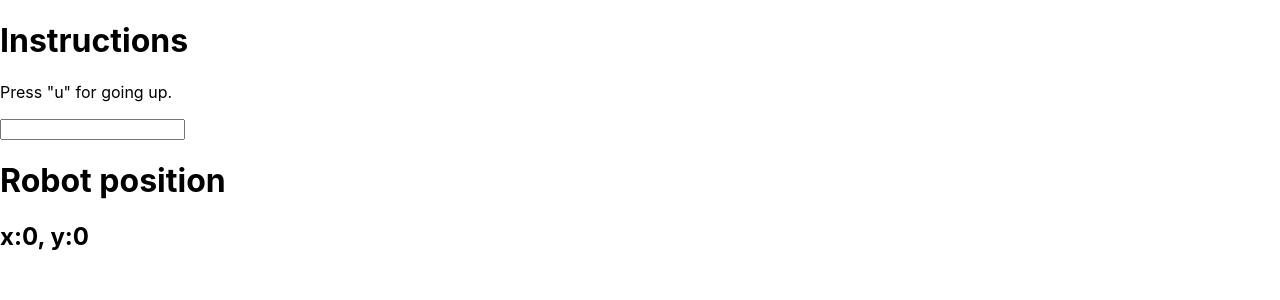
Repository: mariocapitbrok/robot-position
Page: /
An editor plug-in stored every save of this project. The page is shown before and after the next save, followed by the edit.
The browser window is 1280 px wide. The pictures show the whole page.
The project was rebuilt for these pictures with package versions that can differ from the ones it lists, and the page was loaded fresh each time. Also part of the build but not shown: src/App.css.

Above is the page before, as saved 2021-12-01 18:25:11.

### src/App.js
import Robot from './components/robot';
import './App.css';

function App() {
  return <Robot />;
}

export default App;

### src/components/robot.jsx
import React from 'react';
import { useState, useEffect } from 'react';

const Robot = () => {
  const [value, setValue] = useState('');
  const [movements, setMovements] = useState('');
  const [x, setX] = useState(0);
  const [y, setY] = useState(0);

  useEffect(() => {
    console.log(movements);
  });

  const createMovements = (value) => {
    const valueArr = [...value];
    if (valueArr.length === 0) {
      setValue('');
      return;
    }
    let move = valueArr.pop();
    //console.log(move);
    switch (move) {
      case 'u':
        setMovements(movements + 'U');
        setY(y + 1);
        break;
      case 'd':
        setMovements(movements + 'D');
        setY(y - 1);
        break;
      case 'l':
        setMovements(movements + 'L');
        setX(x - 1);
        break;
      case 'r':
        setMovements(movements + 'R');
        setX(x + 1);
        break;
      default:
        break;
    }
    setValue(move);
  };

  const handleChange = (e) => {
    const value = e.target.value;
    createMovements(value);
  };

  const handleSubmit = (e) => {
    e.preventDefault();
  };
  return (
    <React.Fragment>
      <form onSubmit={handleSubmit}>
        <h1>Instructions</h1>
        <p>Press "u" for going up.</p>
        <input onChange={handleChange} name="value" type="text" value={value} />
      </form>
      <h1>Robot position</h1>
      <h2>
        x:{x}, y:{y}
      </h2>
    </React.Fragment>
  );
};

export default Robot;

Loaded but not shown: public/index.html (common file); src/index.js (common file); src/index.css (common file); src/reportWebVitals.js (common file)

After the next save:
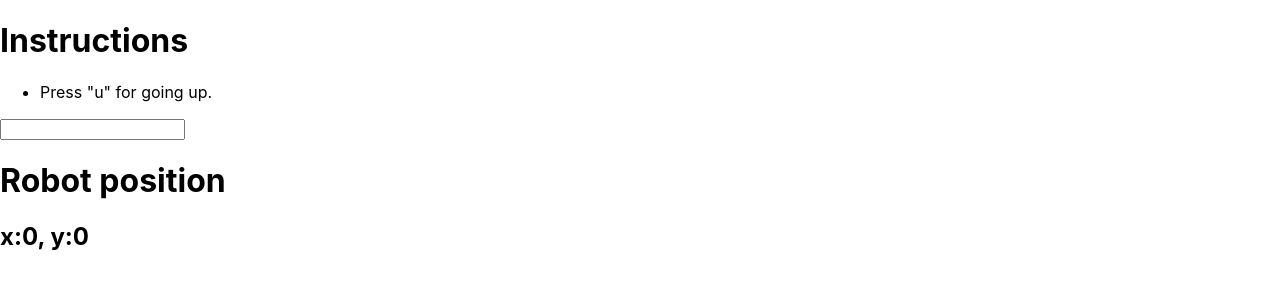
Saved 34 s later.
--- a/src/components/robot.jsx
+++ b/src/components/robot.jsx
@@ -54,7 +54,9 @@ const Robot = () => {
     <React.Fragment>
       <form onSubmit={handleSubmit}>
         <h1>Instructions</h1>
-        <p>Press "u" for going up.</p>
+        <ul>
+          <li>Press "u" for going up.</li>
+        </ul>
         <input onChange={handleChange} name="value" type="text" value={value} />
       </form>
       <h1>Robot position</h1>
